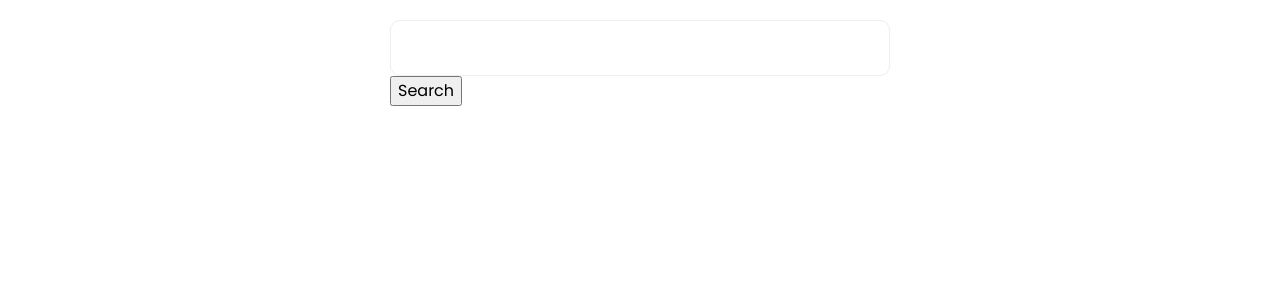
Repository: hoang0508/ReactJsDevWork
Page: /
The author's editor kept a copy of each file at every save. The page is drawn from the files as they stood at one save, then again after the next save.
The browser window is 1280 px wide. The pictures show the whole page.
The project was rebuilt for these pictures with package versions that can differ from the ones it lists, and the page was loaded fresh each time.

Above is the page before, as saved 2022-02-11 21:18:48.

After the next save:
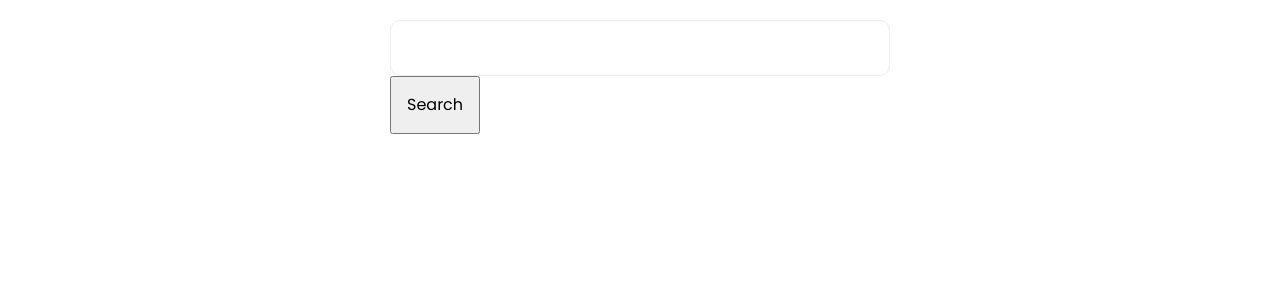
Saved 7 min 9 s later.
--- a/src/components/YTBSearch/YoutubeSearch.scss
+++ b/src/components/YTBSearch/YoutubeSearch.scss
@@ -11,6 +11,7 @@
     padding: 15px;
     border-radius: 10px;
   }
-  // &-btn {
-  // }
+  &-btn {
+    padding: 15px;
+  }
 }
